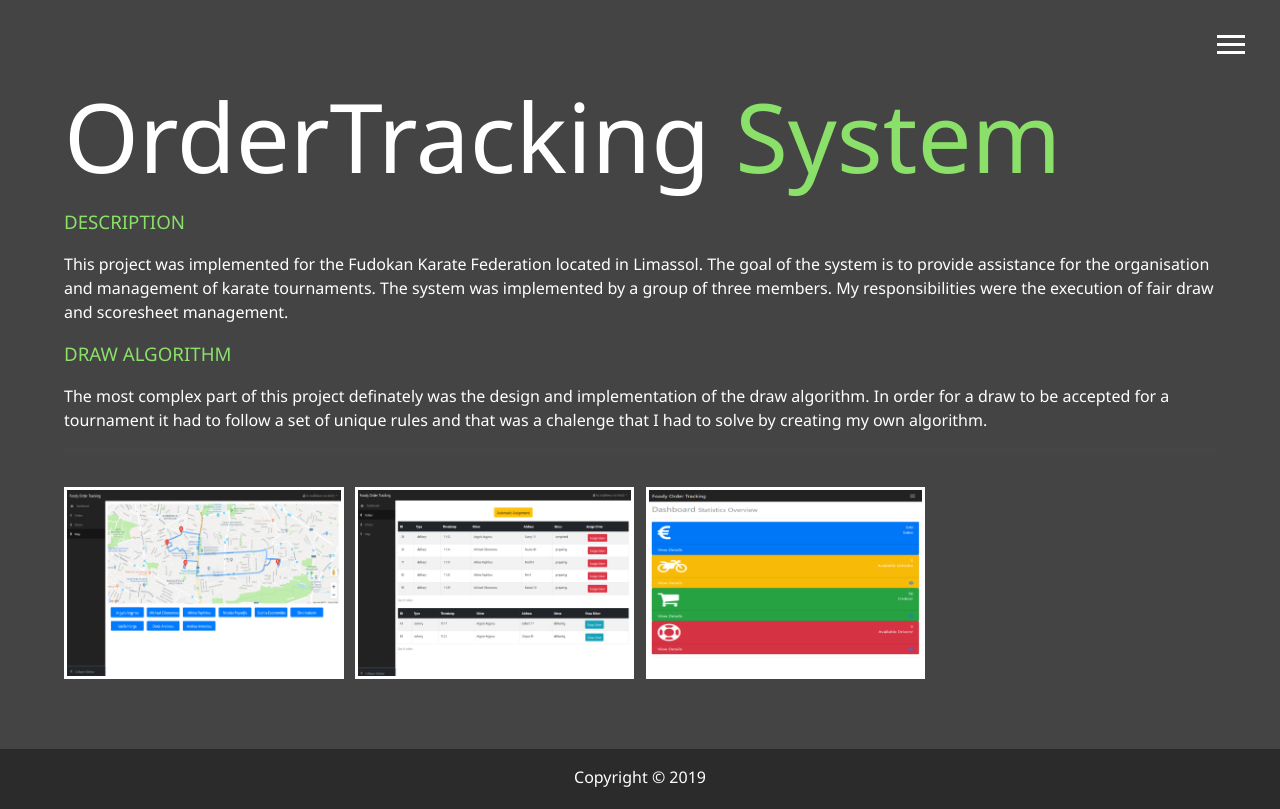
Repository: Preap/portfolio
Page: dist/projects/ordertracking.html
These files come from the project's save history. The page is drawn as it stood at one moment and after the next save; the edit follows.
The browser window is 1280 px wide. The pictures show the whole page.
Some web libraries are served in a nearby version.

Above is the page before, as saved 2019-06-06 01:46:15.

After the next save:
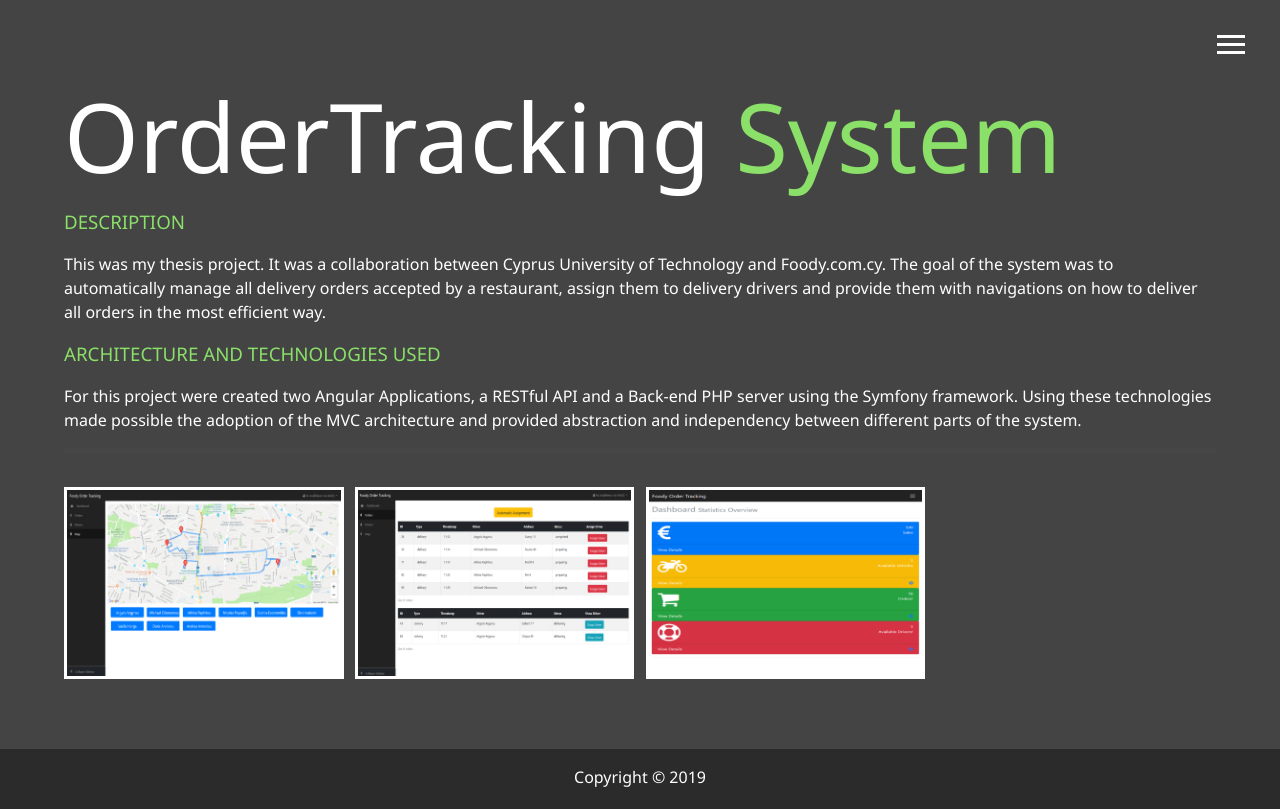
Saved 9 min 18 s later.
--- a/dist/projects/ordertracking.html
+++ b/dist/projects/ordertracking.html
@@ -49,17 +49,15 @@
       <div class="project-description">
         <h3 class="text-secondary">DESCRIPTION</h3>
         <p>
-          This project was implemented for the Fudokan Karate Federation located in Limassol.
-          The goal of the system is to provide assistance for the organisation and management of karate tournaments.
-          The system was implemented by a group of three members. My responsibilities were the execution of fair draw
-          and scoresheet management.
+            This was my thesis project. It was a collaboration between Cyprus University of Technology and Foody.com.cy.
+            The goal of the system was to automatically manage all delivery orders accepted by a restaurant, assign them to delivery drivers
+            and provide them with navigations on how to deliver all orders in the most efficient way.
         </p>
-        <h3 class="text-secondary">DRAW ALGORITHM</h3>
+        <h3 class="text-secondary">ARCHITECTURE AND TECHNOLOGIES USED</h3>
         <p>
-          The most complex part of this project definately was the design and implementation of the draw algorithm.
-          In order for a draw to be accepted for a tournament it had to follow a set of unique rules and that was a chalenge
-          that I had to solve by creating my own algorithm.
-        </p>
+            For this project were created two Angular Applications, a RESTful API and a Back-end PHP server using the Symfony framework.
+            Using these technologies made possible the adoption of the MVC architecture and provided abstraction and independency between different parts of the system.
+      </p>
       </div>
       <h2 class="sm-heading"></h2>
       <div class="projects">
